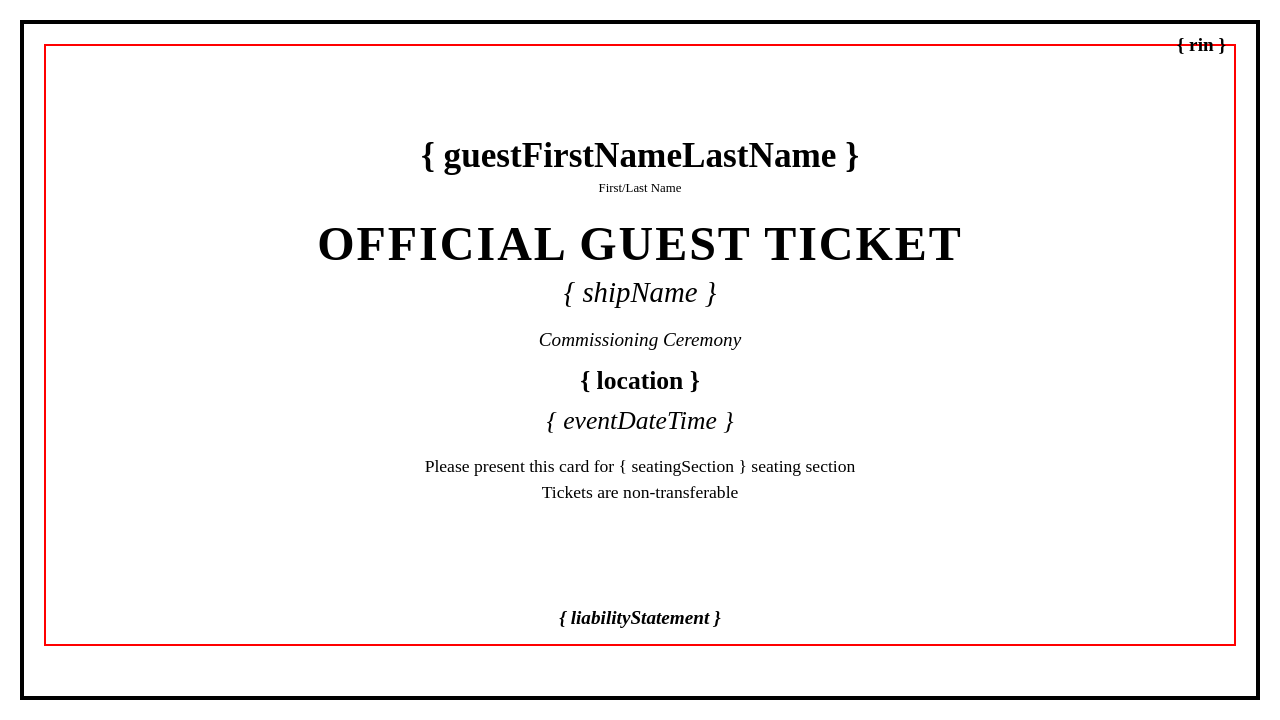
Repository: yaleevans/SabelWeasyPrintPDFLambda
Page: event-ticketrin.html
These files come from the project's save history. The page is drawn as it stood at one moment and after the next save; the edit follows.
The browser window is 1280 px wide. The pictures show the whole page.

Above is the page before, as saved 2025-10-17 08:08:10.

After the next save:
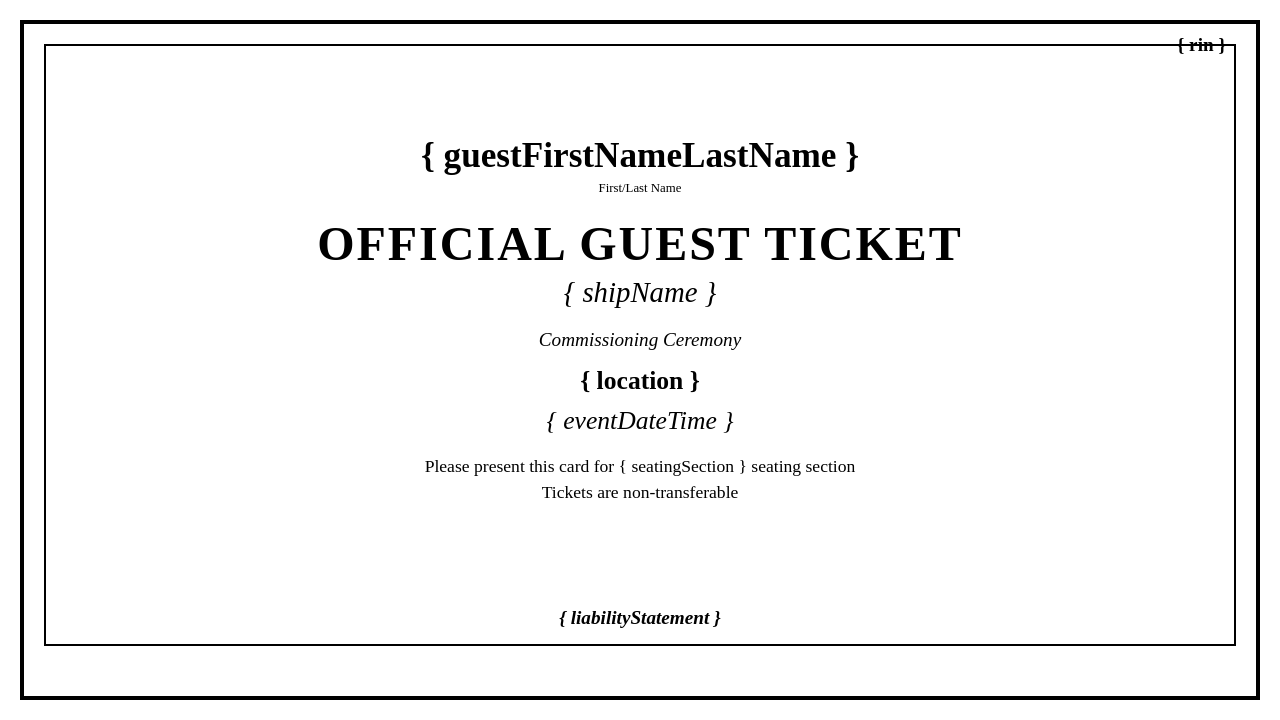
Saved 1 s later.
--- a/event-ticketrin.html
+++ b/event-ticketrin.html
@@ -20,7 +20,7 @@
             position: relative; /* KEY: Reference point for absolute positioning */
         }
         .inner-border {
-            border: 2px solid red;
+            border: 2px solid black;
             padding: 15px;
             height: calc(100% - 30px);
             box-sizing: border-box;
